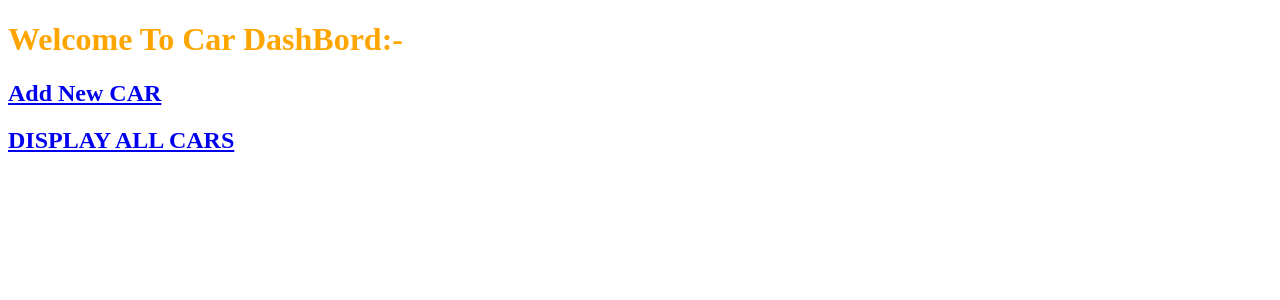
Repository: akashjena9208/Advance_Java_Jspider
Page: http://localhost/ServletProject_CarDB/
These files come from the project's save history. The page is drawn as it stood at one moment and after the next save; the edit follows.
The browser window is 1280 px wide. The pictures show the whole page.
The page is served by Tomcat 9.

Above is the page before, as saved 2025-01-29 18:52:37.

After the next save:
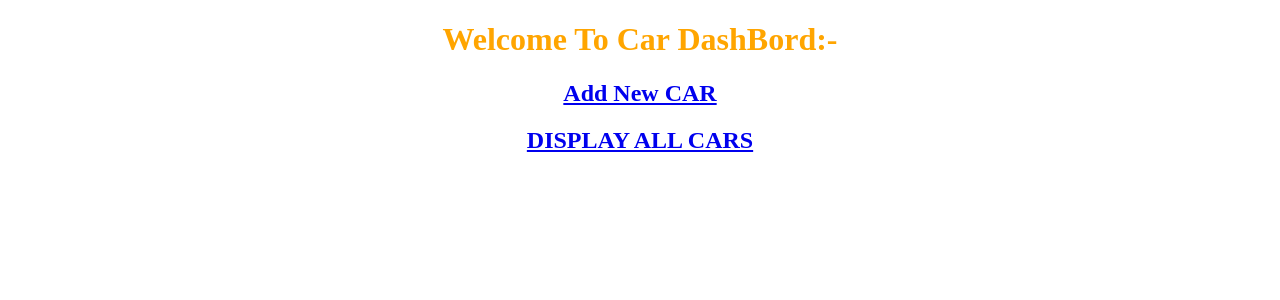
Saved 39 s later.
--- a/ServletProject_CarDB/src/main/webapp/index.jsp
+++ b/ServletProject_CarDB/src/main/webapp/index.jsp
@@ -13,7 +13,7 @@ h1 {
 </style>
 
 </head>
-<body>
+<body style="text-align: center;">
 	<h1>Welcome To  Car DashBord:-</h1>
 	<h2><a href="AddCar.jsp">Add New CAR</a></h2>
 	<h2><a href="display-all-cars">DISPLAY ALL CARS</a></h2>
